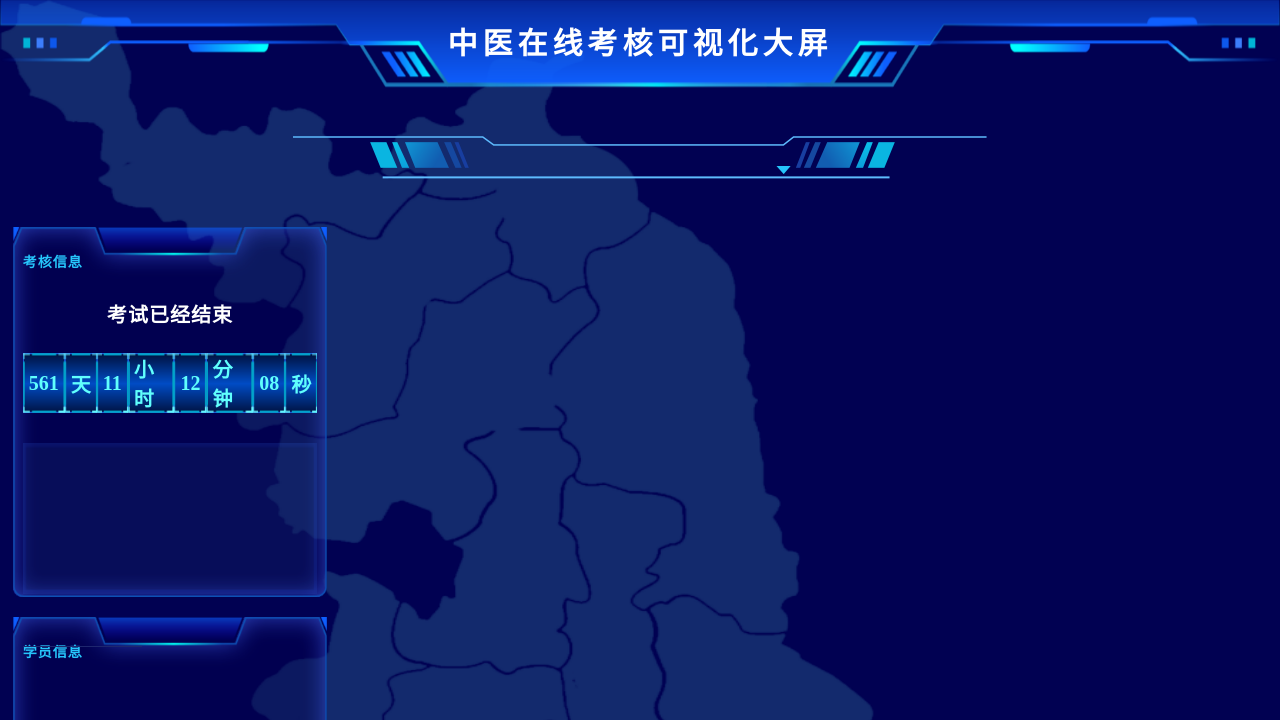
Repository: krislorem/medicine-online-datascreen-vue
Page: /
These files come from the project's save history. The page is drawn as it stood at one moment and after the next save; the edit follows.
The browser window is 1280 px wide. The pictures show the whole page.
The project was rebuilt for these pictures with package versions that can differ from the ones it lists, and the page was loaded fresh each time. Also part of the build but not shown: vite.config.ts.

Above is the page before, as saved 2024-12-04 19:57:48.
Console error (its wording comes from the project's code and is left out).

After the next save:
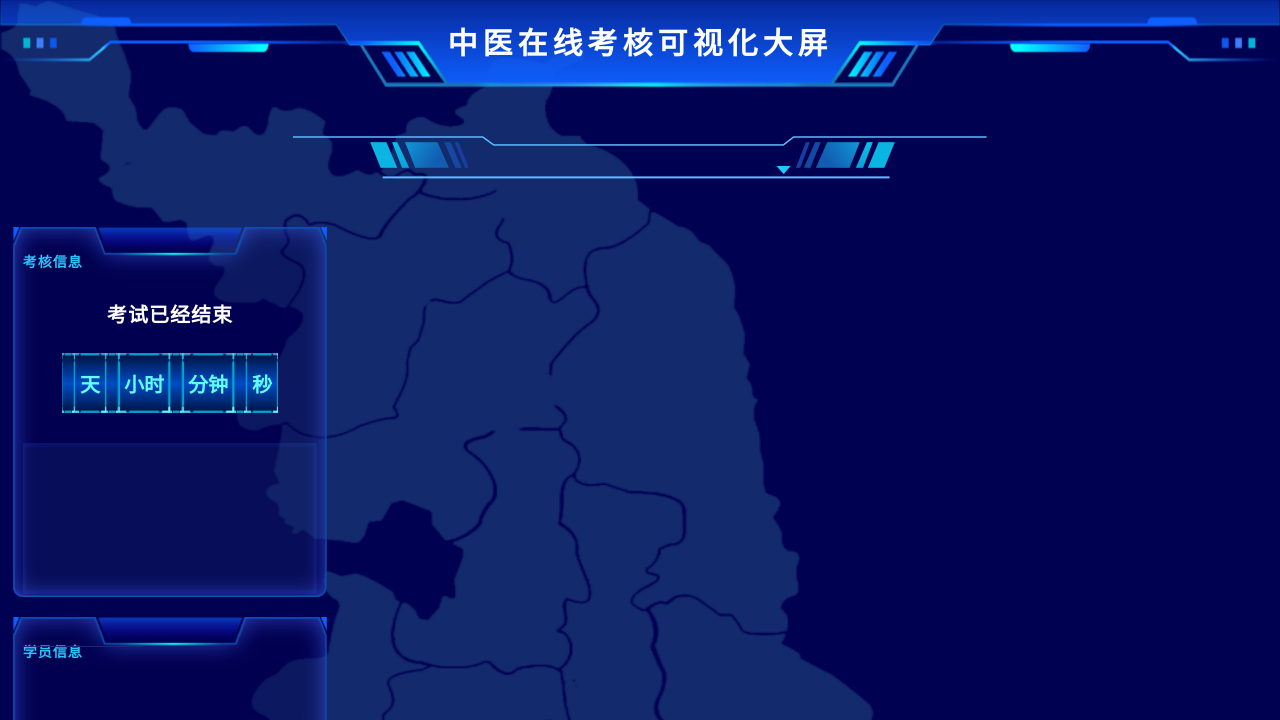
Saved 2 min 19 s later.
--- a/src/views/HomeView.vue
+++ b/src/views/HomeView.vue
@@ -12,13 +12,13 @@
           <p class="top-name"><span>考核信息</span></p>
           <p class="time-title"><span>考试已经结束</span></p>
           <div class="time-container">
-            <div class="time-box" style=";"><span class="time-num">561</span></div>
+            <div class="time-box" style=";"><span class="time-num">{{ }}</span></div>
             <div class="time-box" style=";"><span class="time-num">天</span></div>
-            <div class="time-box" style=";"><span class="time-num">11</span></div>
+            <div class="time-box" style=";"><span class="time-num">{{ }}</span></div>
             <div class="time-box" style=";"><span class="time-num">小时</span></div>
-            <div class="time-box" style=";"><span class="time-num">12</span></div>
+            <div class="time-box" style=";"><span class="time-num">{{ }}</span></div>
             <div class="time-box" style=";"><span class="time-num">分钟</span></div>
-            <div class="time-box" style=";"><span class="time-num">08</span></div>
+            <div class="time-box" style=";"><span class="time-num">{{ }}</span></div>
             <div class="time-box" style=";"><span class="time-num">秒</span></div>
           </div>
           <div class="result">
